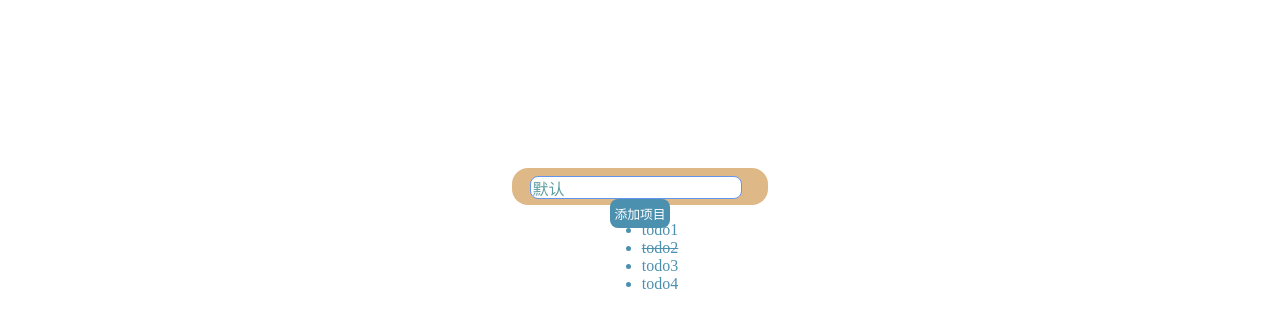
Repository: ArtemisWang/todolistProject
Page: /
These files come from the project's save history. The page is drawn as it stood at one moment and after a run of saves; the edit follows.
The browser window is 1280 px wide. The pictures show the whole page.
The project was rebuilt for these pictures with package versions that can differ from the ones it lists, and the page was loaded fresh each time.

Above is the page before, as saved 2020-02-28 23:03:37.

### src/App.js
import React,{useState} from 'react';
import './App.css'
const App=function(){

    const [list, setList]=useState(['todo1','todo2','todo3','todo4'])
    const [content, setContent]=useState('默认')
    const [done, setDone]=useState(['','done','',''])

    function addItem(){
        setList([...list,content])
        setContent('默认值')
    }

    function changeContent(e){
        setContent(e.target.value)
        return content
    }

    function deleteItem(i){
        setList(list.filter((x,index)=>index!==i))
    }

    function hasDone(i){
        let d=done
        d[i]=d[i]===''?'done':''
        setDone(d)
        console.log(done)
    }

    return (
    <div className='app'>
        <div className='input'>
            <input onChange={changeContent} value={content} className='input-text'/>
            <button onClick={addItem} className='button'>添加项目</button>
        </div>
        <div className='u-list'>
            <ul className='todo-list'>
                {list.map((it,i)=>(<li key={it+i} onClick={hasDone.bind(this,i)} className={done[i]}>{it}</li>))}
            </ul>
        </div>
    </div>)
}




export default App

### src/App.css
.app{
    text-align: center;
    padding-top: 10rem;
}

.input{
    display: block;
    background-color: burlywood;
    width: 16rem;
    margin-left:auto;
    margin-right:auto;
    padding-top: 0.1rem;
    padding-bottom: 0.2rem;
    border-radius: 1rem;
    height: 2rem;
}

.input-text{
    color: cadetblue;
    border: cornflowerblue solid 1px;
    display: inline-block;
    margin-right: .5rem;
    font-size: 1rem;
    margin-top: .4rem;
    border-radius: .5rem;
    padding: .1rem;
}

.button {
    background-color: rgb(76, 144, 175);
    border: none;
    color: white;
    padding: .3rem;
    text-align: center;
    text-decoration: none;
    display: inline-block;
    font-size: .8rem;
    border-radius: .5rem;
}

.todo-list {
    display: flex;
    flex-direction: column;
    align-items: center;
    justify-content: center;
    color: rgb(76, 144, 175);
  }

.done{
    text-decoration: line-through;
}

Loaded but not shown: public/index.html (common file); src/index.js (common file)

After the next 3 saves:
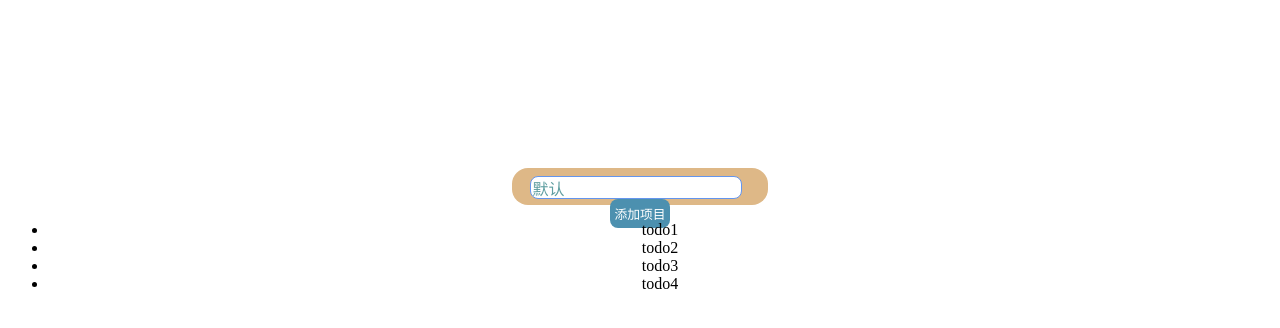
The 3 saves are shown as one change because 1 did not build or start and some came seconds apart.
The last was saved 3 min 24 s later.
--- a/src/App.js
+++ b/src/App.js
@@ -34,8 +34,8 @@
             <button onClick={addItem} className='button'>添加项目</button>
         </div>
         <div className='u-list'>
-            <ul className='todo-list'>
-                {list.map((it,i)=>(<li key={it+i} onClick={hasDone.bind(this,i)} className={done[i]}>{it}</li>))}
+            <ul className='todo-list' className={done[0]}>
+                {list.map((it,i)=>(<li key={it+i} onClick={hasDone.bind(this,i)}>{it}</li>))}
             </ul>
         </div>
     </div>)

After the save that followed:
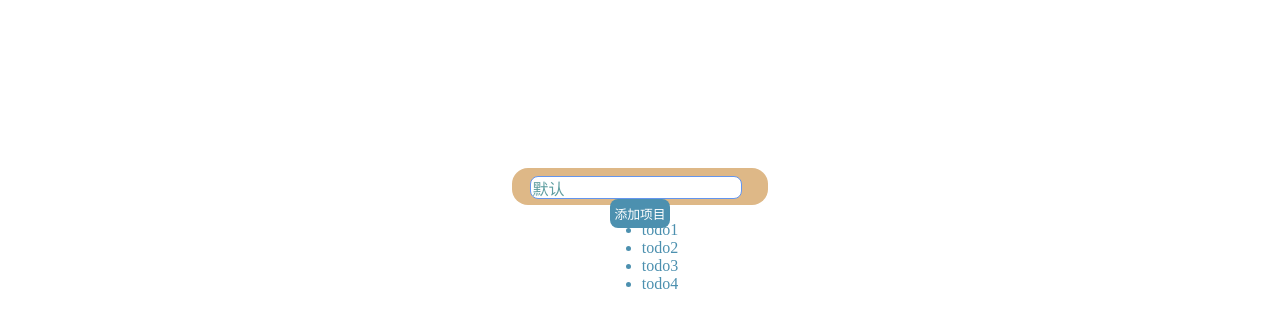
Saved 38 s later.
--- a/src/App.js
+++ b/src/App.js
@@ -34,7 +34,7 @@
             <button onClick={addItem} className='button'>添加项目</button>
         </div>
         <div className='u-list'>
-            <ul className='todo-list' className={done[0]}>
+            <ul className={`todo-list ${done[0]}`}>
                 {list.map((it,i)=>(<li key={it+i} onClick={hasDone.bind(this,i)}>{it}</li>))}
             </ul>
         </div>
